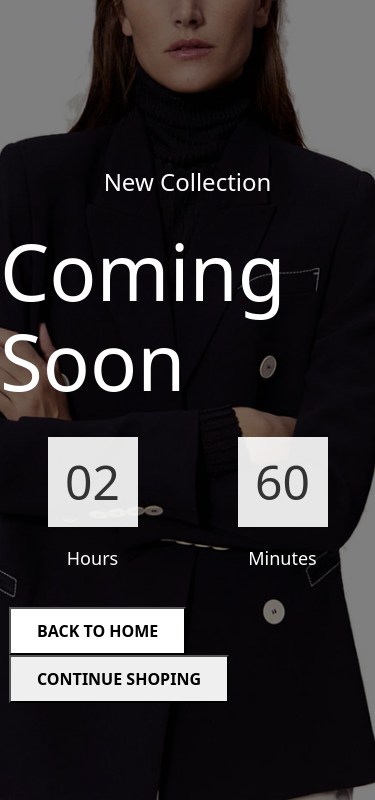
Repository: ST-United-Internship/Modaz-4life
Page: comingsoon&FAQ/coming-soon.html
These files come from the project's save history. The page is drawn as it stood at one moment and after a run of saves; the edit follows.
The browser window is 375 px wide. The pictures show the whole page.

Above is the page before, as saved 2023-03-22 09:47:25.

### comingsoon&FAQ/coming-soon.html


<!DOCTYPE html>
<html lang="en">
<head>
    <meta charset="UTF-8">
    <meta http-equiv="X-UA-Compatible" content="IE=edge">
    <meta name="viewport" content="width=device-width, initial-scale=1.0">
    <link rel="stylesheet" type="text/css" href="css/comming-soon.css">
    <link href="https://cdn.jsdelivr.net/npm/bootstrap@5.3.0-alpha1/dist/css/bootstrap.min.css" rel="stylesheet" integrity="sha384-GLhlTQ8iRABdZLl6O3oVMWSktQOp6b7In1Zl3/Jr59b6EGGoI1aFkw7cmDA6j6gD" crossorigin="anonymous">
    <title>Document</title>
</head>
<body>
    <section class="my-container">
        <img src="Assets/Images/bg-parallax2.jpg" alt="">
        <header>New Collection</header>
        <p>Coming Soon</p>
        <div class="time-titles">
            <div class="time days">
                <span class="number"></span>
                <span class="title-text">Days</span>
            </div>
            <div class="time hours">
                <span class="number"></span>
                <span class="title-text">Hours</span>
            </div>
            <div class="time minutes">
                <span class="number">09</span>
                <span class="title-text">Minutes</span>
            </div>
            <div class="time seconds">
                <span class="number">09</span>
                <span class="title-text">Seconds</span>
            </div>
        </div>
        <div class="flat-button">
            <button type="button" class="bg-white">BACK TO HOME</button>
            <button type="button">CONTINUE SHOPING</button>
            </div>
       </section>
    </section>

    <script src="./javaScript/ScriptTime.js"></script>
    <script src="https://cdn.jsdelivr.net/npm/@popperjs/core@2.11.6/dist/umd/popper.min.js" integrity="sha384-oBqDVmMz9ATKxIep9tiCxS/Z9fNfEXiDAYTujMAeBAsjFuCZSmKbSSUnQlmh/jp3" crossorigin="anonymous"></script>
    <script src="https://cdn.jsdelivr.net/npm/bootstrap@5.3.0-alpha1/dist/js/bootstrap.min.js" integrity="sha384-mQ93GR66B00ZXjt0YO5KlohRA5SY2XofN4zfuZxLkoj1gXtW8ANNCe9d5Y3eG5eD" crossorigin="anonymous"></script>
</body>
</html>

### comingsoon&FAQ/css/comming-soon.css
*{
    margin: 0;
    padding: 0;
    box-sizing: border-box;

}
.my-container{
    height: 100vh;
    row-gap: 15px;
    width: 100%;
    display: flex;
    justify-content: center;
    flex-direction: column;
    overflow: hidden;
    align-items: center;
    background-color: rgb(0, 0, 0,.5);
}

.my-container img{
    position: absolute;
    height: 100%;
    width: 100%;
    object-fit: cover;
    z-index: -1;
}

.my-container header{
    line-height: 58px;
    color: #fff;
    font-size: 24px;
}

.my-container p{
    color: #fff;
    font-size: 78px;
    line-height: 90px;
    font-weight: 500;
}

.my-container .time-titles{
    display: flex;
    column-gap: 30px;
}

.time-titles .time{
    display: flex;
    align-items: center;
    flex-direction: column;
}

.time .number{
    font-size: 48px;
    font-weight: 500;
    line-height: 90px;
    color: #333;
    width: 90px;
    height: 90px;
    background: rgba(255,255,255,.9);
    text-align: center;
    margin: 0 35px 18px;
    text-transform: capitalize;
}

.time .title-text{
    color: #fff;
}

.time .title-text{
    font-size: 18px;
    text-transform: capitalize;
}

.flat-button{
    /* position: relative;
    max-width: 360px;
    width: 100%; */
    height: 40px;
    margin-top: 20px;

}

.flat-button button{
    padding: 7px 26px;
    font-weight: 700;
    line-height: 30px;
    text-transform: uppercase;
    margin: 0 9px;
}

@media only screen and (max-width: 300px){
     .my-container header{
        font-size: 30px;
    }

}

@media screen {

}

### comingsoon&FAQ/javaScript/ScriptTime.js
const seconds = document.querySelector(".seconds .number");
const minutes = document.querySelector(".minutes .number");
const hours = document.querySelector(".hours .number");
const days = document.querySelector(".days .number");


let secvalues = 60,
    minvalues = 60,
    houvalues = 2,
    dayvalues = 9;

const timeFunc = setInterval(()=>{
    secvalues--;
    if (secvalues === 0) {
        minvalues--
        secvalues = 60;
    }
    if (minvalues === 0) {
        houvalues--
        minvalues = 60;
    }
    if (houvalues === 0) {
        dayvalues--
        houvalues = 60;
    }
    if (dayvalues === 0) {
        clearInterval(timeFunc)
    }
    seconds.textContent = secvalues < 10 ? `0${secvalues}` : secvalues;
    minutes.textContent = minvalues < 10 ? `0${minvalues}` : minvalues;
    hours.textContent = houvalues < 10 ? `0${houvalues}` : houvalues;
    days.textContent = dayvalues < 10 ? `0${dayvalues}` : dayvalues;
    minvalues.textContent = minvalues;
},1000)

After the next 8 saves:
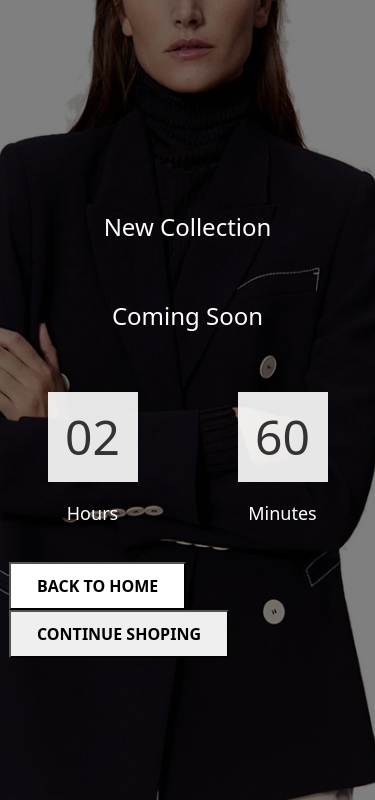
The 8 saves are shown as one change because they came seconds apart.
The last was saved 22 s later.
--- a/comingsoon&FAQ/css/comming-soon.css
+++ b/comingsoon&FAQ/css/comming-soon.css
@@ -94,6 +94,8 @@
 
 }
 
-@media screen {
-
+@media only screen and (max-width: 500px) {
+    .my-container p{
+        font-size: 24px;
+    }
 }
